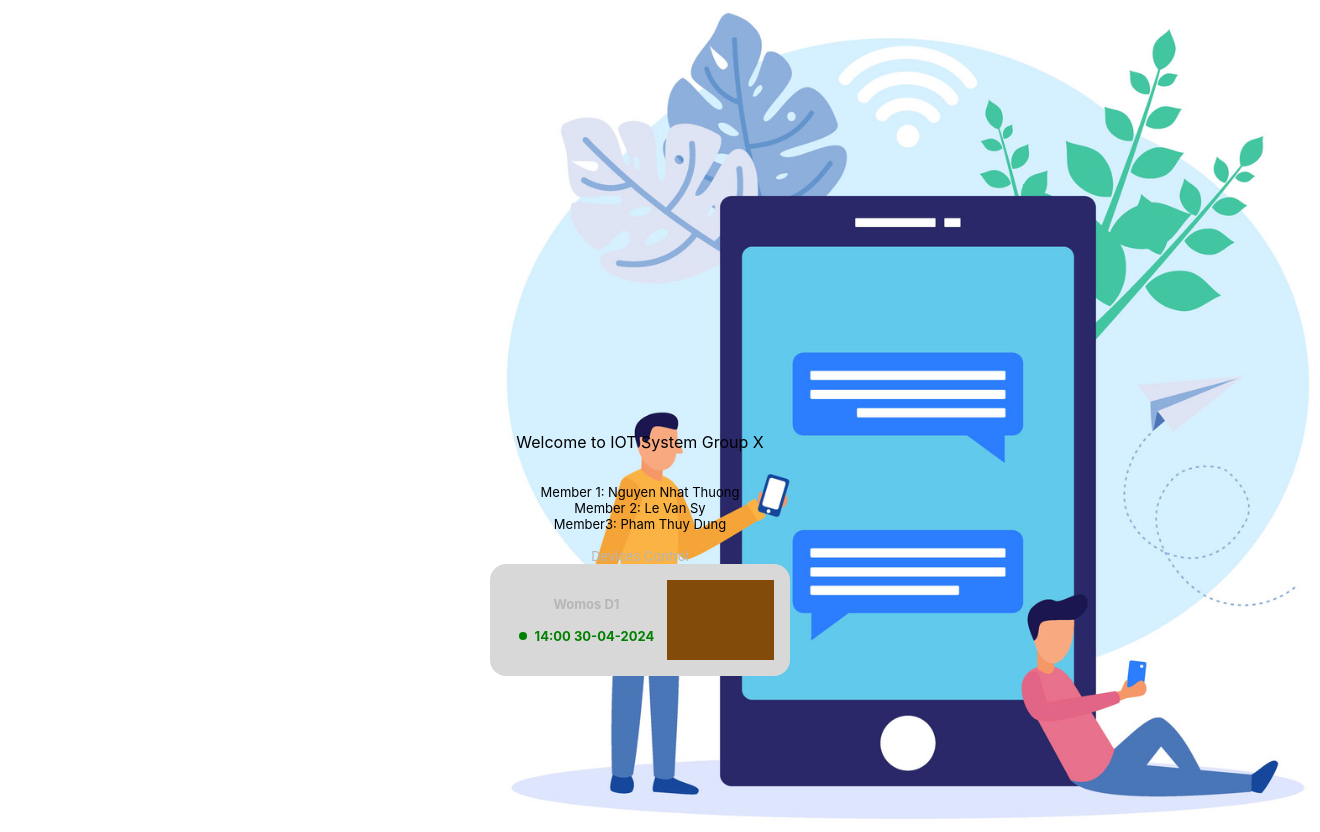
Repository: ngnhthuong/IOT_LAB
Page: /
These files come from the project's save history. The page is drawn as it stood at one moment and after the next save; the edit follows.
The browser window is 1280 px wide. The page is 1320 px wide, so the pictures cover 1320 px, including what lies to the right of the window. The pictures show the whole page.
The project was rebuilt for these pictures with package versions that can differ from the ones it lists, and the page was loaded fresh each time.

Above is the page before, as saved 2024-04-23 15:03:49.

### src/App.js
import "./App.css";
import backgroundIMG from "./assets/img/background.png"
function App() {
  return (
    <div className="main">
      <div className="back-head">
        <img className="img-back"  src={backgroundIMG}></img>
      </div>
      <div className="welcome-name">Welcome to IOT System Group X</div>
      <div className="member-name">
        <div className="member">Member 1: Nguyen Nhat Thuong</div>
        <div className="member">Member 2: Le Van Sy</div>
        <div className="member">Member3: Pham Thuy Dung</div>
      </div>
      <div className="device">Devices Control</div>
      <div className="main_device">
        <div className="device">
          <div className="info">
            <div className="name">Womos D1</div>

            <div className="time-status">
              <div className="status"></div>
              <div className="time">14:00 30-04-2024</div>
            </div>
          </div>
          <div className="device_img"></div>
        </div>
      </div>
    </div>
  );
}

export default App;

### src/App.css
* {
  margin: 0;
  padding: 0;
  box-sizing: border-box;
}

.main{
  width: 100vw;
  height: 100vh;
  display: flex;
  align-items: center;
  flex-direction: column;
}

.welcome-name{
  display: flex;
  justify-content: center;
  padding: 2rem;
  /* width: 500px; */
}

.member-name{
  display: flex;
  flex-direction: column;
  /* width: 250px; */
  font-size: 13px;
  align-items: center;
  padding-bottom: 1rem;
}

.member{
  display: flex;
  left: 0;
}

.device{
  font-size: 13px;
  color: rgb(182, 182, 182);
  left: 0;
  display: flex;
  flex-direction: row;
}

.main_device{
  width: 300px;
  height: auto;
  background-color: rgb(216, 216, 216);
  border-radius: 1rem;
  padding: 1rem;
}

.info{
  display: flex;
  justify-content: center;
  flex-direction: column;
  gap: 1rem;
  width: 60%;
  height: 5rem;
  align-items: center;
}

.name{
  font-weight: bold;
}

.time-status{
  display: flex;
  align-items: center;
  flex-direction: row;
  gap: 0.5rem;
}

.time{
  color: green;
  font-weight: bold;
}

.status{
  width: 0.5rem;
  height: 0.5rem;
  background-color: green;
  border-radius:100px ;
}

.device_img{
  width: 40%;
  height: 46px;
  background-color: rgb(130, 75, 9);
  height: 5rem;
}

.back-head{
  width: 300px;
  height: 400px;
}

Loaded but not shown: public/index.html (common file); src/index.js (common file); src/index.css (common file)

After the next save:
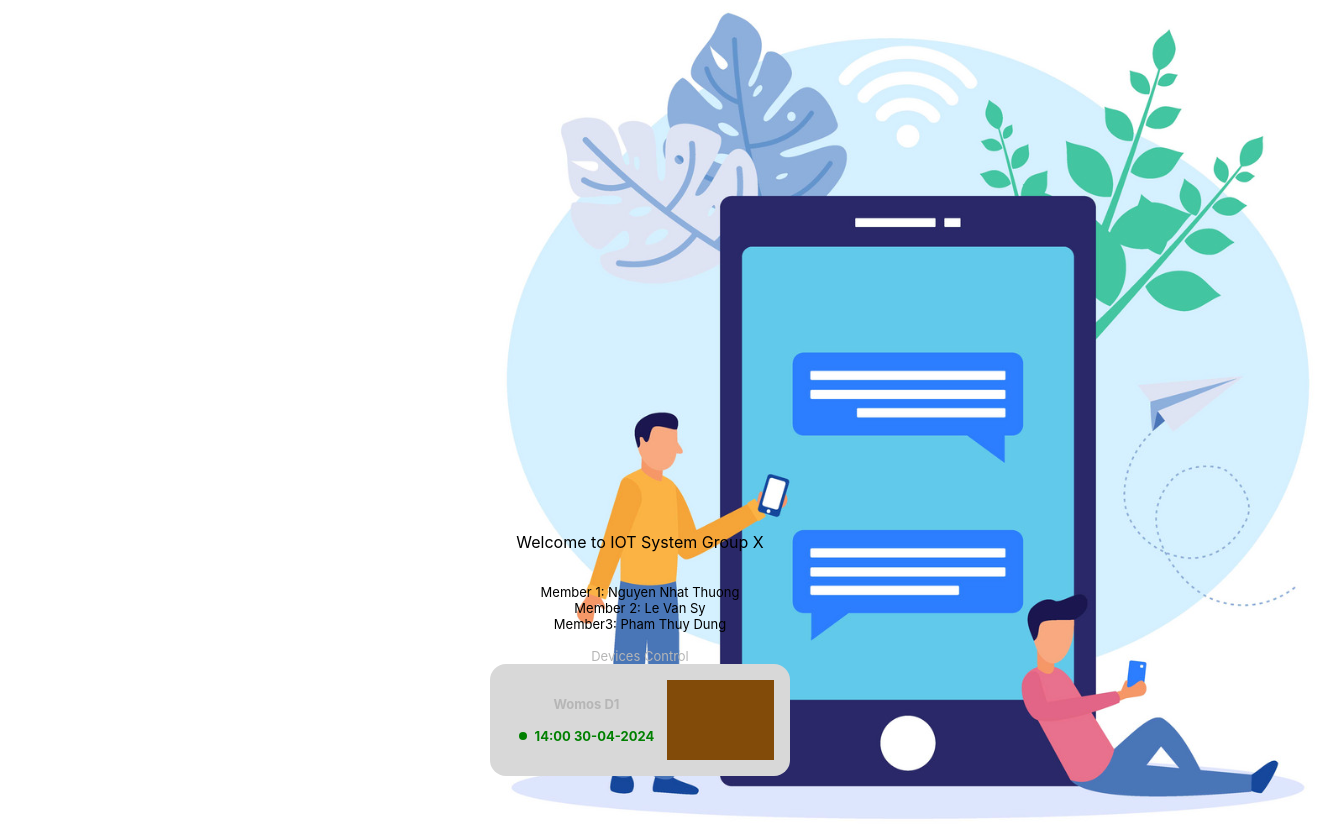
Saved 4 s later.
--- a/src/App.css
+++ b/src/App.css
@@ -91,5 +91,5 @@
 
 .back-head{
   width: 300px;
-  height: 400px;
+  height: 500px;
 }
